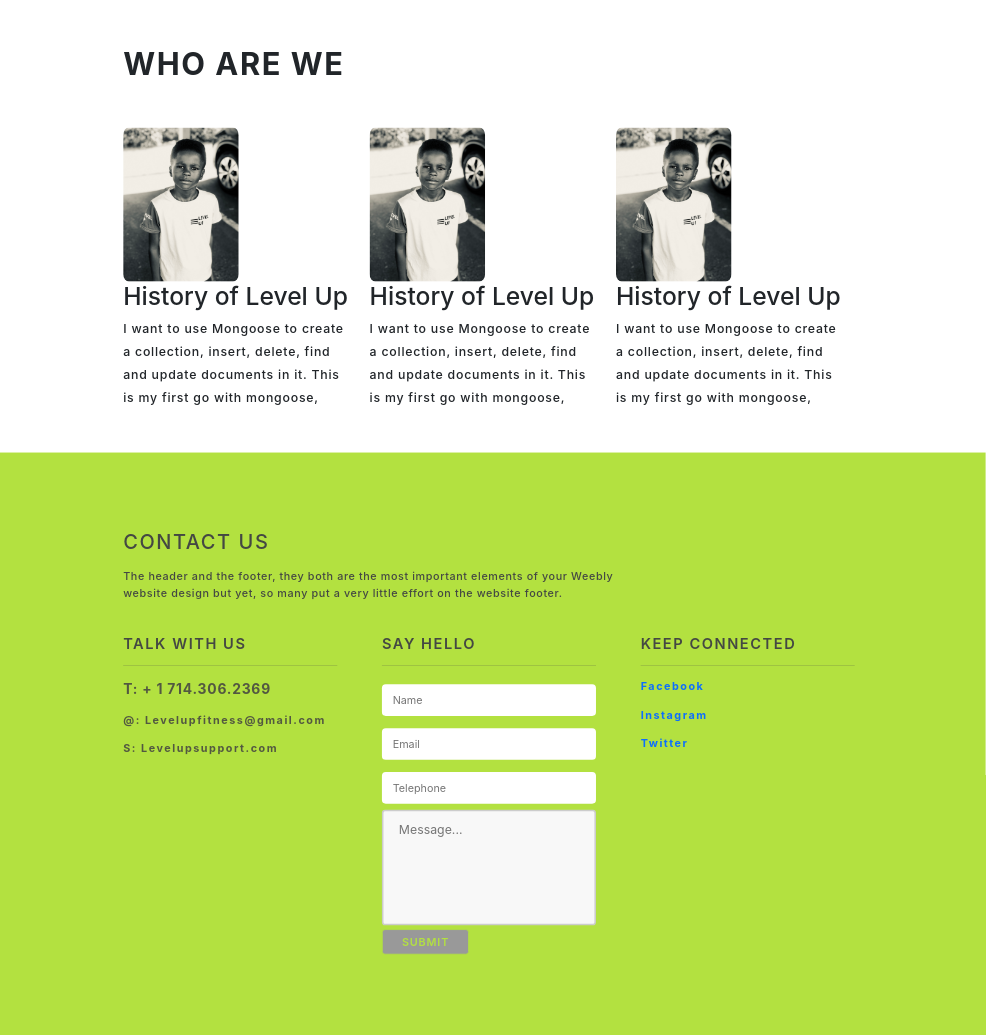
Repository: Bojurie/Level-up
Page: /about (app in client/)
These files come from the project's save history. The page is drawn as it stood at one moment and after the next save; the edit follows.
The browser window is 1280 px wide. The pictures show the part of the page from y = 314 to 1859 px (the page is 1659 px tall before and 1859 px after), at 77% of full size.
Some web fonts or font styles are not loaded; a fallback is used. Some web libraries are served in a nearby version. The project was rebuilt for these pictures with package versions that can differ from the ones it lists, and the page was loaded fresh each time. Also part of the build but not shown: client/src/components/Carousel.js, client/src/components/HomeVlog.css, client/src/components/HomeVlog.js, client/src/components/homeProducts.css, client/src/components/HomeProducts.js, client/src/components/Card.js, client/src/components/HomeShop.css, client/src/components/HomeShop.js and 10 more. Imported but missing from the stored project, and not drawn on this page: client/src/components/Chart.

Above is the page before, as saved 2022-11-30 16:03:11.

### client/public/index.html
<!DOCTYPE html>
<html lang="en">
  <head>
    <meta charset="utf-8" />
    <link rel="icon" href="%PUBLIC_URL%/favicon.ico" />
    <meta name="viewport" content="width=device-width, initial-scale=1" />
    <meta name="theme-color" content="#000000" />
    <meta
      name="description"
      content="Web site created using create-react-app"
    />
    <link rel="apple-touch-icon" href="%PUBLIC_URL%/logo192.png" />
    <link rel="manifest" href="%PUBLIC_URL%/manifest.json" />

    <link rel="preconnect" href="https://fonts.googleapis.com" />
    <link rel="preconnect" href="https://fonts.gstatic.com" crossorigin />
    <link
      href="https://fonts.googleapis.com/css2?family=Asap+Condensed:ital,wght@0,400;0,500;1,400&family=Chivo:wght@300;400&family=Jura:wght@300;400;500;600;700&family=Lato:ital,wght@0,400;0,700;1,400&family=Nunito+Sans:wght@400;600&family=Oswald:wght@300;500;700&family=Playball&family=Roboto:ital,wght@0,400;0,500;1,500&family=Wallpoet&display=swap"
      rel="stylesheet"
    />

    <link
      rel="stylesheet"
      href="https://cdn.jsdelivr.net/npm/bootstrap@5.1.3/dist/css/bootstrap.min.css"
      integrity="sha384-1BmE4kWBq78iYhFldvKuhfTAU6auU8tT94WrHftjDbrCEXSU1oBoqyl2QvZ6jIW3"
      crossorigin="anonymous"
    />
    <script
      src="https://kit.fontawesome.com/5ffdb52964.js"
      crossorigin="anonymous"
    ></script>
    <title>React App</title>
    <script
      src="https://kit.fontawesome.com/5ffdb52964.js"
      crossorigin="anonymous"
    ></script>
  </head>
  <body>
    <noscript>You need to enable JavaScript to run this app.</noscript>
    <div id="root"></div>
    <!--
      This HTML file is a template.
      If you open it directly in the browser, you will see an empty page.

      You can add webfonts, meta tags, or analytics to this file.
      The build step will place the bundled scripts into the <body> tag.

      To begin the development, run `npm start` or `yarn start`.
      To create a production bundle, use `npm run build` or `yarn build`.
    -->
  </body>
</html>

### client/src/App.js
import React from 'react';
// import { BrowserRouter as Router, Route, Routes } from 'react-router-dom';
import { BrowserRouter as Router, Route, Routes} from 'react-router-dom'


import Home from './pages/Home';
import About from './pages/About';
import Shop from './pages/Shop';
import Contact from './pages/Contact';
import Navbar from './components/Navbar';
import Footer from './components/Footer';
import LogIn from './pages/LogIn';
import Register from './pages/Register';
import Chart from './components/Chart';
import Vlog from './pages/Vlog';

import {DataProvider} from './components/Context'


function App() {

  return (
        <Router>
          <DataProvider>
          <Navbar />
          <Routes>
              <Route path='/' element={<Home />} />
              <Route path='/about' element={<About />} />
              <Route path='/contact' element={<Contact />} />
              <Route path='/shop' element={<Shop />} />
              <Route path='/vlog' element={<Vlog />} />
              <Route path='/login' element={<LogIn/>} />
              <Route path='/register' element={<Register />} />
              <Route path='/chart' element={<Chart/>} />
          </Routes>
          <Footer />
          </DataProvider>
        </Router>
  );
}

export default App;

### client/src/pages/About.js
import React from 'react';
import './About.css';

import DarkImage from '../images/IMG_5367.jpg'
import { FormTitle } from '../components/FormTitle';
const imgse = DarkImage;

const About = () => {

  return (
    <div className='about'>
    <FormTitle className="sign-in-form__title" />
      <div className=''>
          <div className='aboutContainer'>
            <h1> Who Are We </h1>
            <div className='aboutContent'>
              <div className='aboutParagraph'>
                <div className='AboutUs-content'>
                    <div className='AboutHistory'>
                        <div className='history-img'>
                            <img src={imgse} alt='img'/>
                        </div>
                        <div className='history-content'>
                          <h2>History of Level Up</h2>
                          <p>I want to use Mongoose to create a collection, insert, delete, find and update documents in it. This is my first go with mongoose,</p>
                        </div>
                    </div>
                    <div className='AboutGoal'>
                        <div className='history-img'>
                            <img src={imgse} alt='img'/>
                        </div>
                        <div className='history-content'>
                          <h2>History of Level Up</h2>
                          <p>I want to use Mongoose to create a collection, insert, delete, find and update documents in it. This is my first go with mongoose,</p>
                        </div>
                    </div>
                    <div className='Aboutproduct'>
                        <div className='history-img'>
                            <img src={imgse} alt='img'/>
                        </div>
                        <div className='history-content'>
                          <h2>History of Level Up</h2>
                          <p>I want to use Mongoose to create a collection, insert, delete, find and update documents in it. This is my first go with mongoose,</p>
                        </div>
                    </div>

                </div>



              </div>
            </div>
          </div>
      </div>
    </div>
  );
}

export default About;

### client/src/components/Navbar.js
import React from 'react';
import { Link } from 'react-router-dom';

import './Navbar.css'
import Logo from '../images/Logo.png'



const Navbar = () => {
  return (
    <nav className='navbar'>
      <div className='navbar-wrapper'>
        <Link to='/' className='logo'>
            <img src={Logo} alt='logo' />
        </Link>
        <ul className='navbar-links'>
            <Link to='/' >Home </Link>
            <Link to='/shop'> Shop</Link>
            <Link to='/Vlog'> V-Log</Link>
            <Link to='/about'> About</Link>
            <Link to='/contact'> Contact</Link>
            <Link to='/login'> Login </Link>
            <Link to='/register'>SignUp</Link>
            <Link to='/chart'><i class="fa-solid fa-cart-shopping"></i></Link>

        </ul>
      </div>

    </nav>
  );
}

export default Navbar;

### client/src/components/Footer.js
import React from 'react';
import { Link } from 'react-router-dom';
  import { FontAwesomeIcon } from '@fortawesome/react-fontawesome'
  import { instagram } from '@fortawesome/free-solid-svg-icons'

import './Footer.css';

const Footer = () => {
  return (
    <div className='footer'>
      <div className='footer-wrapper'>
        <div className='footer-header-wrapper'>
          <div className='footer-header'>
            <h1>Contact Us</h1>
          </div>
          <div className='footer-paragraph'>
            <p>The header and the footer, they both are the most important elements of your Weebly website design but yet, so many put a very little effort on the website footer.</p>
          </div>

        </div>
        <div className='footer-nav-content'>
            <div className='footer-navs-left'>
              <h3>Talk With Us</h3><hr/>
              <div className='footer-contact'>
                <div className='tel'>
                  <p>T: + 1 714.306.2369</p>
                </div>
                <div className='email'>
                  <p>@: Levelupfitness@gmail.com</p>
                </div>
                <div className='support'>
                  <p>S: Levelupsupport.com</p>
                </div>

              </div>

            </div>
            <div className='footer-navs-middle'>
                <h3>Say Hello</h3><hr/>
              <div className='footer-form'>

                  <form className='form'>
                    <input type='text' placeholder=' Name' />
                    <input type='text' placeholder=' Email' />
                    <input type='text' placeholder=' Telephone' />
                    <textarea placeholder='Message...' />
                  </form>
                  <div className='form-btn'>
                    <input type='submit' placeholder='' />
                  </div>

              </div>
            </div>
            <div className='footer-navs-right'>
              <h3>Keep Connected</h3><hr/>
              <div className='social-media'>
                <p><Link to='/'>Facebook</Link></p>
                <p><Link to='/'><FontAwesomeIcon icon="fa-brands fa-instagram" /> Instagram</Link></p>
                <p><Link to='/'>Twitter</Link></p>

              </div>

            </div>
        </div>


      </div>
    </div>
  );
}

export default Footer;

### client/src/components/Context.js
import React,{Component} from 'react';
export const DataContext = React.createContext();

export class DataProvider extends Component {
  constructor(props) {
    super(props)

    this.state = {
       products: [
         {
          "_id": "1",
          "title": "Level-Up Sweat Pant",
          "src": "https://images.unsplash.com/photo-1618354691373-d851c5c3a990?ixlib=rb-1.2.1&ixid=MnwxMjA3fDB8MHxwaG90by1wYWdlfHx8fGVufDB8fHx8&auto=format&fit=crop&w=658&q=80",
          "description": "Classic fit for running and outdoor activities.",
          "price": 39,
          "colors": ["red", "blue", "black"],
          "count": 2,
         },
         {
          "_id": "2",
          "title": "Kids Level-Up SweatPant",
          "src": "https://images.unsplash.com/flagged/photo-1555895312-bbc472c964f3?ixlib=rb-1.2.1&ixid=MnwxMjA3fDB8MHxwaG90by1wYWdlfHx8fGVufDB8fHx8&auto=format&fit=crop&w=388&q=80",
          "description": "Kids track sweatsuit for running or leisure activities",
          "price": 20,
          "colors": ["red", "blue", "black"],
          "count": 2,
         },
         {
          "_id": "3",
          "title": "Level Up Tank Top",
          "src": "https://images.unsplash.com/photo-1618354691373-d851c5c3a990?ixlib=rb-1.2.1&ixid=MnwxMjA3fDB8MHxwaG90by1wYWdlfHx8fGVufDB8fHx8&auto=format&fit=crop&w=658&q=80",
          "description": "description",
          "price": 20,
          "colors": ["red", "blue", "black"],
          "count": 2,
         },
         {
          "_id": "4",
          "title": "Level Up T-Shirt",
          "src": "https://images.unsplash.com/photo-1618354691373-d851c5c3a990?ixlib=rb-1.2.1&ixid=MnwxMjA3fDB8MHxwaG90by1wYWdlfHx8fGVufDB8fHx8&auto=format&fit=crop&w=658&q=80",
          "description": "description",
          "price": 20,
          "colors": ["red", "blue", "black"],
          "count": 2,
         },
         {
          "_id": "5",
          "title": "Level Up Sweater",
          "src": "https://images.unsplash.com/photo-1618354691373-d851c5c3a990?ixlib=rb-1.2.1&ixid=MnwxMjA3fDB8MHxwaG90by1wYWdlfHx8fGVufDB8fHx8&auto=format&fit=crop&w=658&q=80",
          "description": "description",
          "price": 20,
          "colors": ["red", "blue", "black"],
          "count": 2,
         },
         {
          "_id": "6",
          "title": "Level Up Embroidery Shirt",
          "src": "https://images.unsplash.com/photo-1618354691373-d851c5c3a990?ixlib=rb-1.2.1&ixid=MnwxMjA3fDB8MHxwaG90by1wYWdlfHx8fGVufDB8fHx8&auto=format&fit=crop&w=658&q=80",
          "description": "description",
          "price": 20,
          "colors": ["red", "blue", "black"],
          "count": 2,
         },
       ]
    }
  }

  render(){
    const {products} = this.state;
    return(
      <DataContext.Provider value={{products}}>
        {this.props.children}
      </DataContext.Provider>
    )
  }
}
export default DataProvider;

### client/src/pages/About.css
.aboutContainer h1 {
  padding: 20px 0 50px 0;
  text-transform: uppercase;
  font-weight: bold;
  letter-spacing: 2px;
}

.aboutContainer {
  padding: 40px 160px;
}

.aboutParagraph p {
  letter-spacing: 1px;
  line-height: 30px;
  font-weight: 500;
}

.aboutParagraph img {
 width: 150px;
  border-radius: 5%;
  float: left;
  margin: 0 30px 0 0;
}

.AboutUs-content {
  display: flex;
}

.AboutHistory,
.AboutGoal,
.Aboutproduct {
  display: grid;
    padding: 0 20px 0 0;
    margin: 0 auto;
    width: 400px;
}

### client/src/components/FormTitle.js
import React from "react";
import './FormTitle.css';

export function FormTitle(props) {
  const { className, text } = props;
  return <h1 className={`${className} form-title`}>{text}</h1>;
}

### client/src/components/Navbar.css
.logo img {
  width: 250px;
}

.navbar {
  padding-top: 0;
  display: contents;
}

.navbar-wrapper {
  display: flex;
  /* justify-content: center; */
  align-items: center;
  height: 90px;
  background: #b3e140;
  padding: 0 50px;
  justify-content: space-between;
}

.navbar-links {
  margin-bottom: 0;
}

.navbar-links a {
  font-size: 14px;
  letter-spacing: 2px;
  font-weight: 700;
  text-transform: capitalize;
  margin: 0 10px;
  color: rgb(68, 72, 67);

}

a {
  list-style: none;
  text-decoration: none;
}

### client/src/components/Footer.css
.footer {
  background-color: #b3e140;
      font-size: 14px;
    letter-spacing: 2px;
    font-weight: 700;

    color: rgb(68, 72, 67);
}
.footer-header h1 {
 font-size: 26px;
 text-transform: uppercase;
 letter-spacing: 2px;
}

.footer-navs {
  text-decoration: none;
  list-style-type: none;

}
.footer-navs li{
  padding: 10px 0;
  letter-spacing: 1px;
  text-transform: uppercase;
  font-weight: 600;

}
.footer-wrapper {
  padding: 100px 160px;
}

.footer-contact {



}
.footer-nav-content p {
 color: #424141db;
}
.footer-contact > .tel p{
    font-size: 18px;
    letter-spacing: 1px;

}
.footer-contact > .email p{
    font-size: 14px;
    /* letter-spacing: 2px; */
}
.footer-contact > .support p{
    font-size: 14px;
    letter-spacing: 2px;
}
.footer-paragraph {
  width: 70%;
  letter-spacing: .8px;
  font-weight: 500;
  padding: 10px 0;
}
.footer-wrapper h3{
 text-transform: uppercase;
 letter-spacing: 2px;
 font-size: 19px;
 font-weight: 600;

}

.footer-nav-content {
  display: flex;
  justify-content: space-between;
}



.footer-navs-left,
.footer-navs-middle,
.footer-navs-right{

  padding: 20px 10px 0 0;
  border-radius: 10px;
}

.footer-form {
  background-color: none !important;
}

/* footer Left section */
.footer-navs-left {
  width: 30%;
}

/* footer Middle section */
.footer-navs-middle {
 width: 30%;
}

.form {
  display: grid;
}
.form input {
  padding: 10px ;
  margin: 8px 0;
  border-radius: 5px;
  border: none;
}
.form input:focus {
  border: none;
}

.form textarea {
   width: 100%;
  height: 150px;
  padding: 12px 20px;
  box-sizing: border-box;
  border: 2px solid #ccc;
  border-radius: 4px;
  background-color: #f8f8f8;
  font-size: 16px;
  resize: none;
}
.form input:active {

  border: 1px solid rgb(241, 234, 234);

}
.form-btn {

}
.form-btn input {
     padding: 5px 25px;
    margin: 5px 0;
    border-radius: 4px;
    background-color: #999999;
    border: 1px solid  #b3e140;
    color: #b3e140;
    letter-spacing: 1.1px;
    font-weight: 600;
    text-transform: uppercase;
}

.footer-navs-right {
  width: 30%;
}

### client/src/components/Carousel.css
 .d-block {
   width: 100%;
   /* object-fit: cover; */
   /* object-position: 50% 50%; */
   /* background-size: contain;
   background-repeat: no-repeat; */
 }


 img {

   max-width: 100%;
   max-height: 100%;
   object-fit: cover;
   background-repeat: no-repeat;
 }

 .carousel-item img {
   width: 1000px;
   height: 500px;
 }

 .carousel-caption {
   top: 50%;
 }

 .carousel {
   object-fit: contain;
 }

### client/src/components/FormTitle.css
.form-title {
  font-size: 3rem;
  font-weight: 700;
  line-height: 2rem;
  margin: auto 0;
  color: white;
  background-image: url('https://images.unsplash.com/photo-1581397867105-8c988bd747e6?ixlib=rb-4.0.3&ixid=MnwxMjA3fDB8MHxwaG90by1wYWdlfHx8fGVufDB8fHx8&auto=format&fit=crop&w=1170&q=80') ;
    background-repeat: no-repeat;
  background-position: center;
  background-size: cover;
  padding: 7rem 0 7rem 10rem;
  letter-spacing: 5px;
  text-transform: uppercase;
  display: flex;
  justify-content: flex-start;

}
.form-title h1{


}


.shopForm-title {
 font-size: 3rem;
  font-weight: 700;
  line-height: 2rem;
  letter-spacing: 5px;
  text-transform: uppercase;
  display: flex;
  margin: auto 0;
   background-image: url('https://images.unsplash.com/photo-1581397867105-8c988bd747e6?ixlib=rb-4.0.3&ixid=MnwxMjA3fDB8MHxwaG90by1wYWdlfHx8fGVufDB8fHx8&auto=format&fit=crop&w=1170&q=80') ;
    background-repeat: no-repeat;
  background-position: center;
  background-size: cover;

  padding: 7rem 0 7rem 10rem;
  justify-content: flex-start;

}
.FormTitleLogin-title {
  font-size: 3rem;
  font-weight: 700;
  line-height: 2rem;
  padding: 6rem 0;
  letter-spacing: 5px;
  text-transform: uppercase;
  display: flex;
  justify-content: center;
  margin: auto 0;
   background-image: url('https://images.unsplash.com/photo-1609770231080-e321deccc34c?ixlib=rb-4.0.3&ixid=MnwxMjA3fDB8MHxwaG90by1wYWdlfHx8fGVufDB8fHx8&auto=format&fit=crop&w=765&q=80') ;
    background-repeat: no-repeat;
  background-position: center;
  background-size: cover;

}
.ContactForm-title {
 /* font-size: 3rem;
  font-weight: 700;
  line-height: 2rem;
  text-transform: uppercase; */
  display: flex;
  margin: auto 0;
   background-image: url('https://images.unsplash.com/photo-1587560699334-bea93391dcef?ixlib=rb-4.0.3&ixid=MnwxMjA3fDB8MHxwaG90by1wYWdlfHx8fGVufDB8fHx8&auto=format&fit=crop&w=1170&q=80') ;
    background-repeat: no-repeat;

 padding: 7rem 0 7rem 10rem;
  letter-spacing: 5px;
  justify-content: flex-start;

}
.RegisterForm-title {
  font-size: 3rem;
  font-weight: 700;
  line-height: 2rem;
  padding: 6rem 0;
  letter-spacing: 5px;
  text-transform: uppercase;
  display: flex;
  justify-content: center;
  margin: auto 0;
   background-image: url('https://images.unsplash.com/photo-1563906267088-b029e7101114?ixlib=rb-4.0.3&ixid=MnwxMjA3fDB8MHxwaG90by1wYWdlfHx8fGVufDB8fHx8&auto=format&fit=crop&w=1170&q=80') ;
    background-repeat: no-repeat;
  /* background-position: bottom; */
  /* background-size: cover; */
    /* background-attachment: */


}
.VlogForm_title h1{


}
.VlogForm_title {
  /* font-size: 3rem;
  font-weight: 700;
  line-height: 2rem; */
  padding: 7rem 0 7rem 10rem;
  letter-spacing: 5px;
  text-transform: uppercase;
  display: flex;
  justify-content: flex-start;
  margin: auto 0;
   background-image: url('https://images.unsplash.com/photo-1440778303588-435521a205bc?ixlib=rb-4.0.3&ixid=MnwxMjA3fDB8MHxwaG90by1wYWdlfHx8fGVufDB8fHx8&auto=format&fit=crop&w=1470&q=80') ;
    background-repeat: no-repeat;
  background-position: center;
  background-size: cover;

}

@media screen and (max-width: 414px) {
  .form-title {
    padding: 4rem 1rem;

  }

}

### client/src/components/auth/LoginForm.css
.loginForm-wrapper {
  text-align: center;
    justify-content: center;
    width: 600px;
    margin: auto;
    padding: 90px 0;

}
.login-header {
  text-transform: uppercase;
  letter-spacing: 2px;
  font-weight: 600;
}


form {
  display: grid;
}

.loginForm-header {
  font-size: 20px;
}

.loging
form input {
  margin: 5px 0;
  padding: 10px;
  border-radius: 10px;
  border: 1px solid white;
  background-color: rgba(243, 247, 255, 0.715) !important;
}
form input:focus{
  border: 2px solid green;
}
form > .loginBtn > input{
  padding: 8px;
  width: 100%;
  background-color:#999999!important;
  color: #ccf368;
  font-weight: 700;
  border: none;
  margin:5px 0 ;
  font-size: 20px;
  letter-spacing: 3px;
}

### client/src/components/auth/registerForm.css

.registerForm-wrapper {
  text-align: center;
    justify-content: center;
    width: 600px;
    margin: auto;
    padding: 90px 0;

}
.login-header {
  text-transform: uppercase;
  letter-spacing: 2px;
  font-weight: 600;
}


form {
  display: grid;
}

.loginForm-header {
  font-size: 20px;
}

.register
form input {
  margin: 5px 0;
  padding: 10px;
  border-radius: 10px;
  border: 1px solid white;

}
form input:focus{
  border: 2px solid green;
}
form > .loginBtn > input{
  padding: 8px;
  width: 100%;
  background-color: #b3e140 !;
  border: none;
  margin:5px 0 ;
}

Loaded but not shown: client/src/index.js (common file); client/src/index.css (common file)

After the next save:
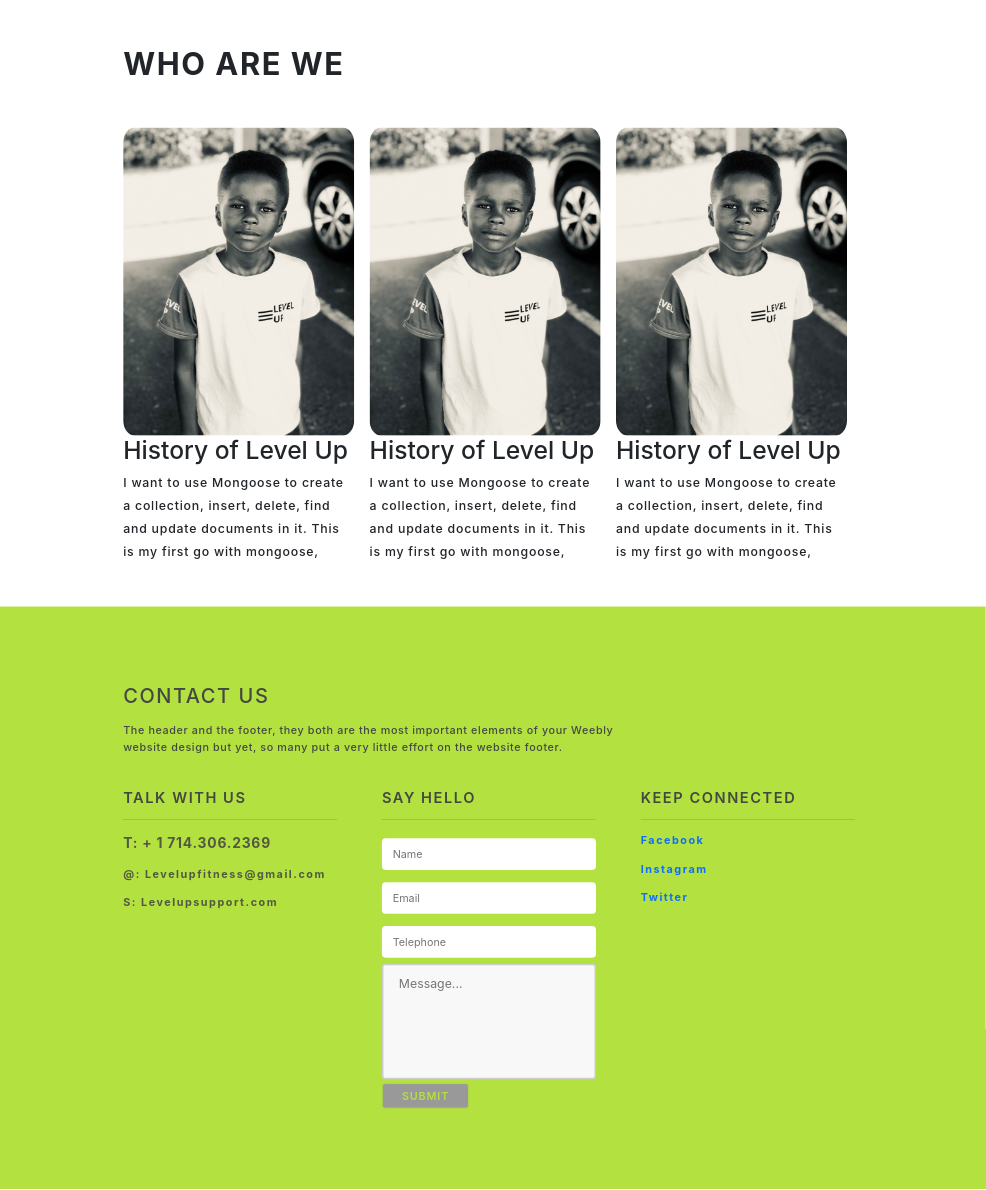
Saved 65 s later.
--- a/client/src/pages/About.css
+++ b/client/src/pages/About.css
@@ -16,7 +16,6 @@
 }
 
 .aboutParagraph img {
- width: 150px;
   border-radius: 5%;
   float: left;
   margin: 0 30px 0 0;
